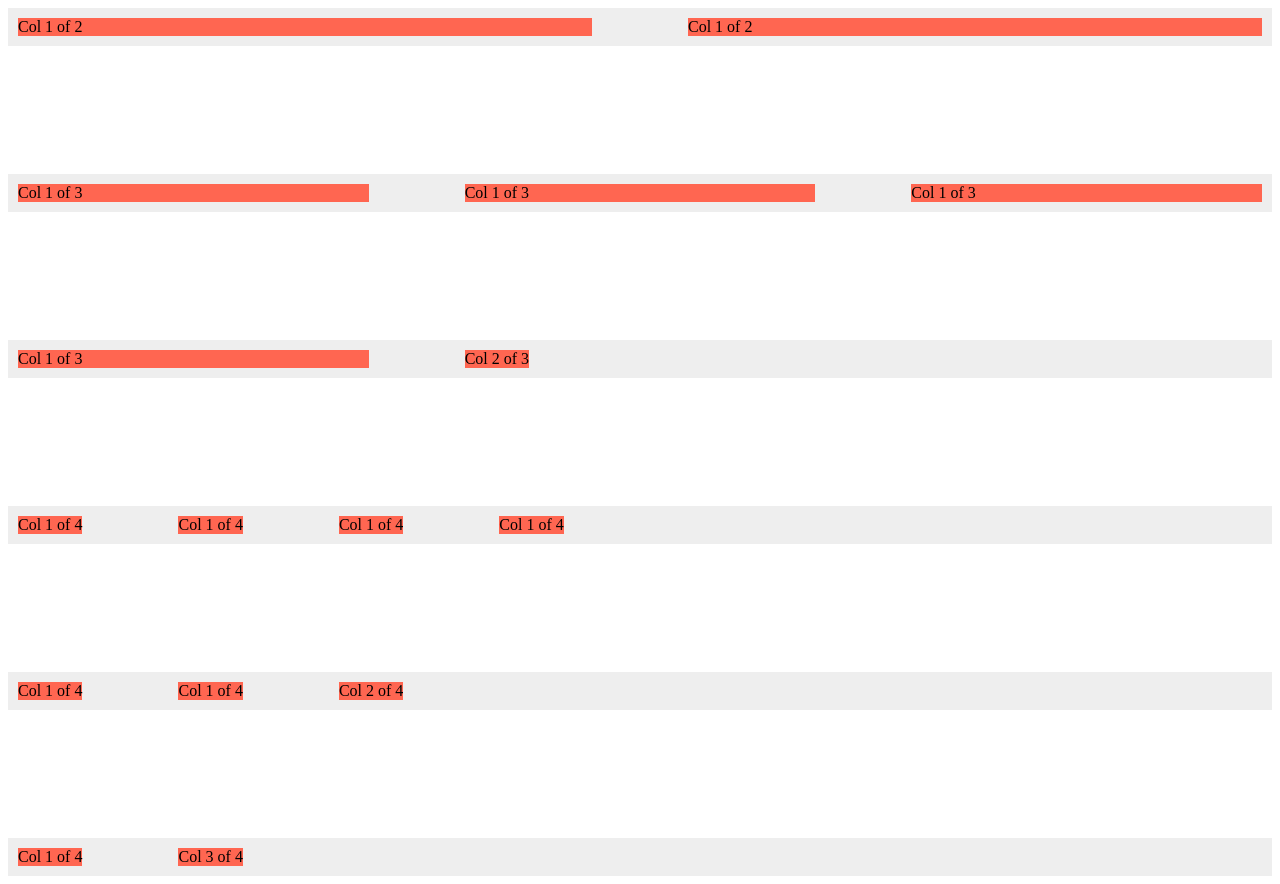
Repository: haokiet2501/grid-basic
Page: index.html
The author's editor kept a copy of each file at every save. The page is drawn from the files as they stood at one save, then again after a run of saves.
The browser window is 1280 px wide. The pictures show the whole page.

Above is the page before, as saved 2022-08-11 18:55:01.

After the next 5 saves:
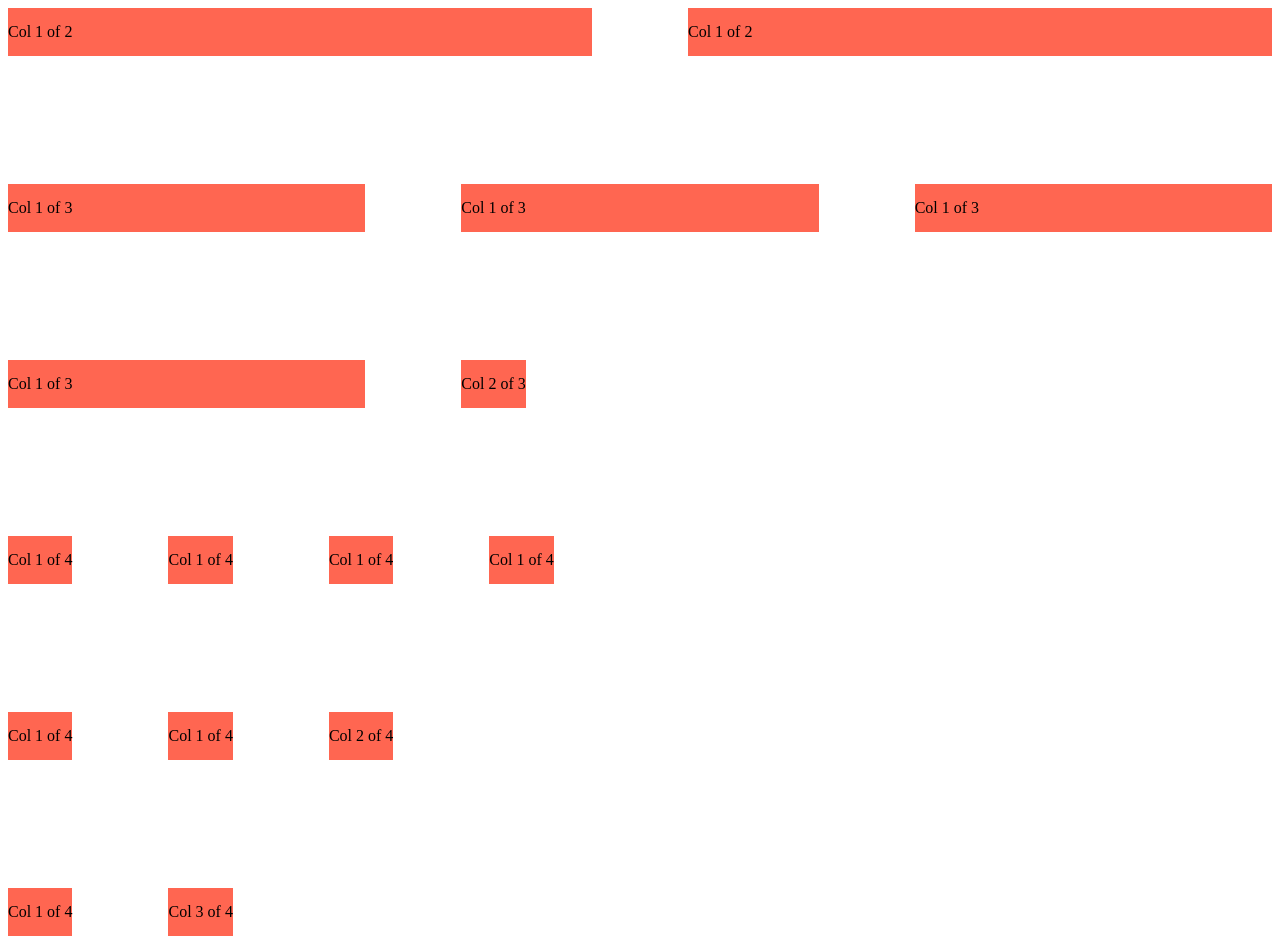
The 5 saves are shown as one change because they came seconds apart.
The last was saved 22 s later.
--- a/styles.css
+++ b/styles.css
@@ -6,9 +6,7 @@
 
 .row {
     max-width: var(--grid-width);
-    background: #eee;
     margin: 0 auto;
-    padding: 10px;
 }
 
 .row::after {
@@ -24,6 +22,7 @@
 [class^='col-'] {
     background-color: #FF6651;
     float: left;
+    padding: 15px 0;
 }
 
 [class^='col-']:not(:last-child) {
